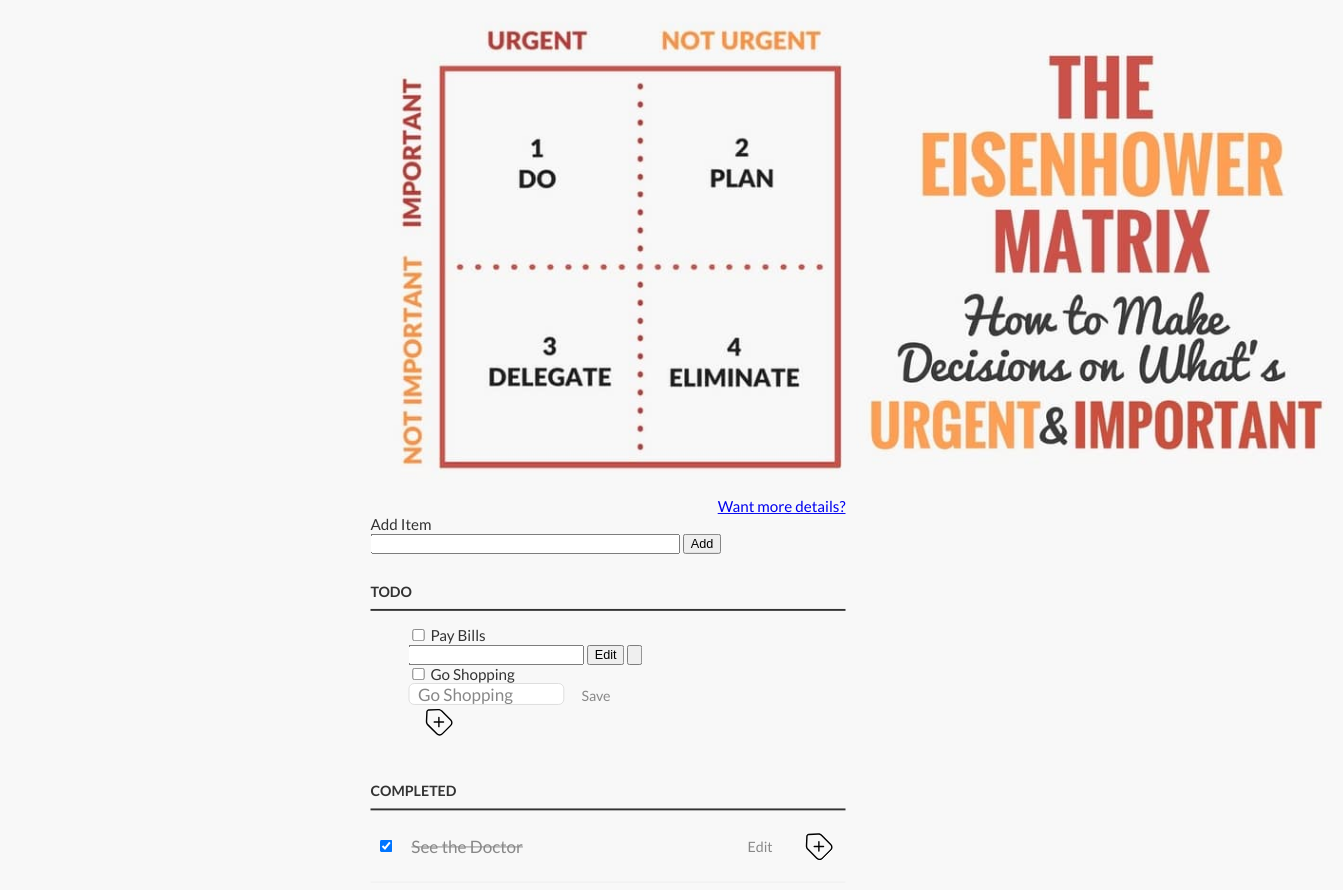
Repository: dev1siWoo/clean-code-s1e1
Page: index.html
These files come from the project's save history. The page is drawn as it stood at one moment and after the next save; the edit follows.
The browser window is 1280 px wide. The page is 1414 px wide, so the pictures cover 1414 px, including what lies to the right of the window. The pictures show the whole page, at 95% of full size.

Above is the page before, as saved 2024-01-08 23:16:31.
Console error: TypeError: Cannot set properties of null (setting 'onclick')

After the next save:
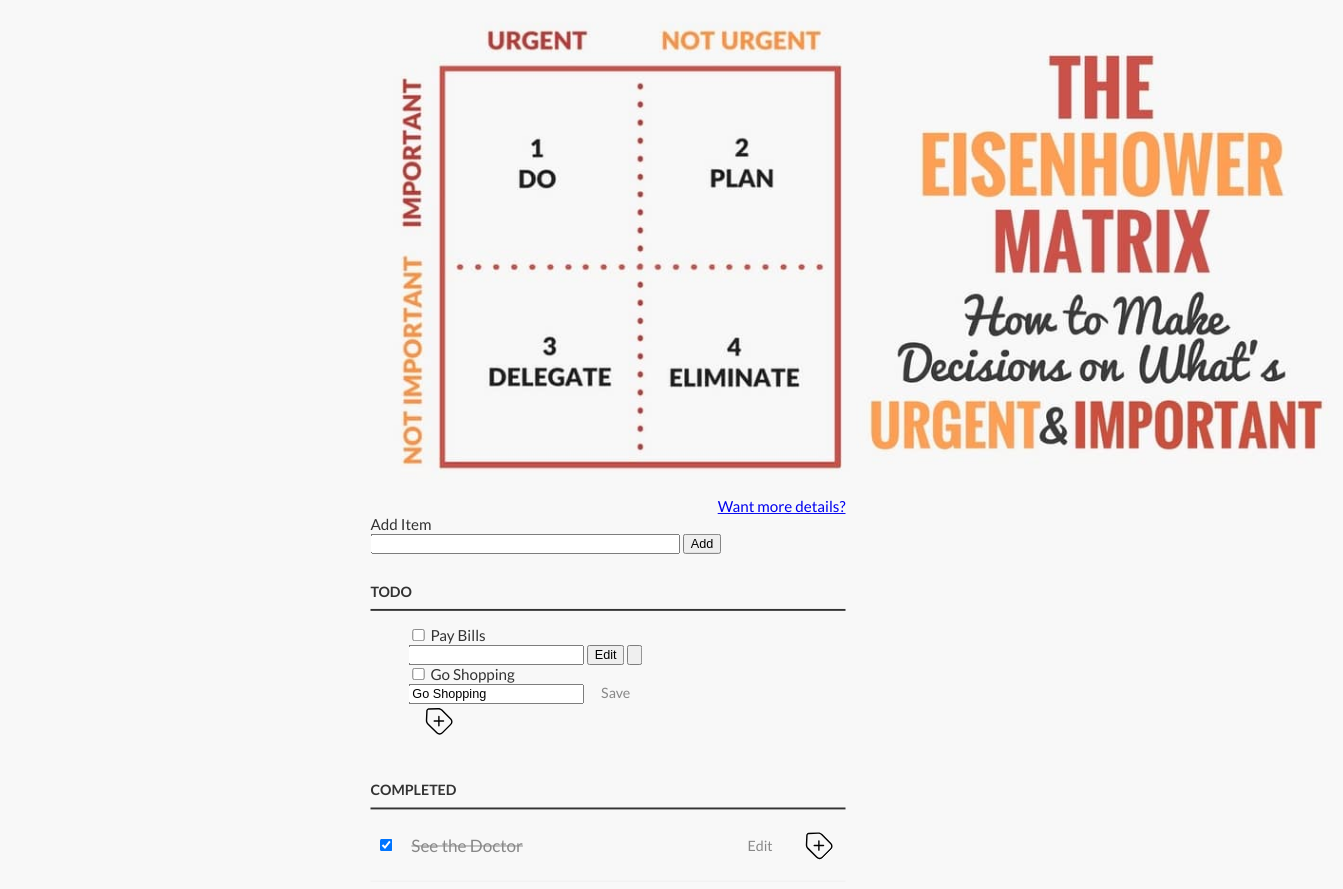
Saved 12 s later.
--- a/index.html
+++ b/index.html
@@ -40,7 +40,7 @@
                 <li class="task task_edit">
                     <input class="task_mark" type="checkbox">
                     <label class="task_title">Go Shopping</label>
-                    <input type="text" value="Go Shopping" class="input task">
+                    <input type="text" value="Go Shopping" class="task_input task_input_edit">
                     <button class="button edit">Save</button>
                     <button class="button delete">
                         <img class="delete-img" src="./remove.svg" alt="delete button">
